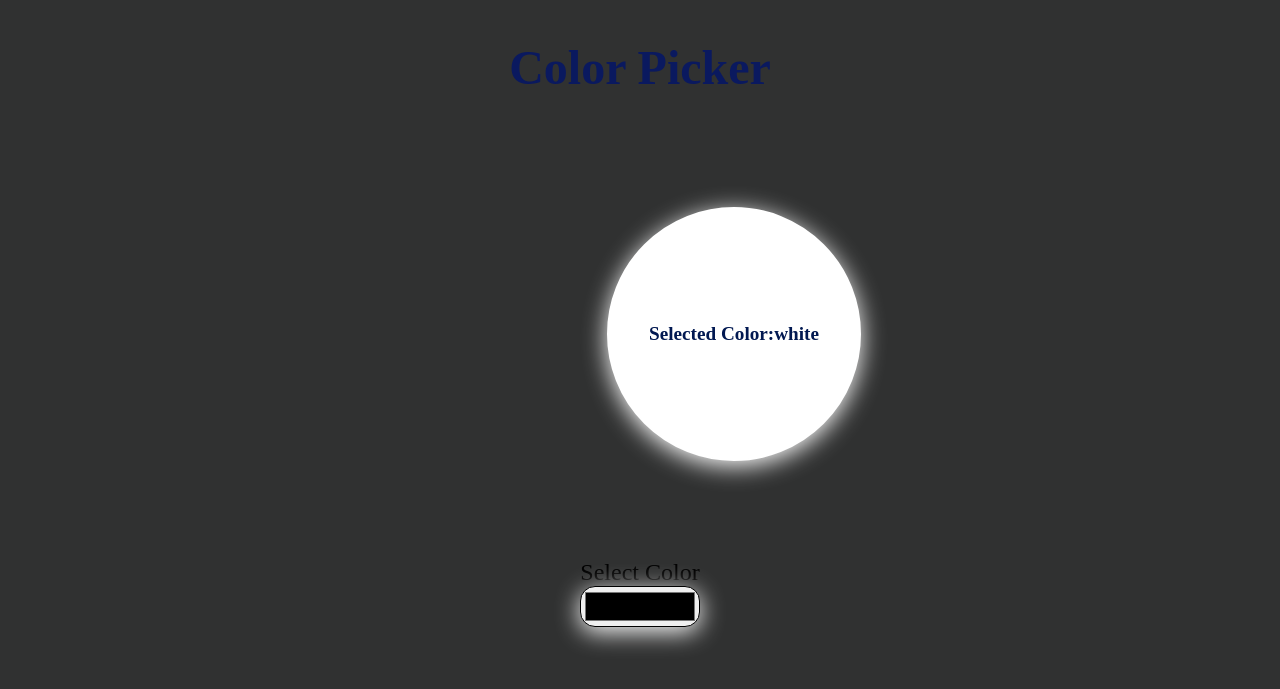
Repository: rkrukshan/Color-Picker--React-
Page: /
These files come from the project's save history. The page is drawn as it stood at one moment and after the next save; the edit follows.
The browser window is 1280 px wide. The pictures show the whole page.
The project was rebuilt for these pictures with package versions that can differ from the ones it lists, and the page was loaded fresh each time. Also part of the build but not shown: vite.config.js.

Above is the page before, as saved 2024-07-21 19:04:48.

### src/App.jsx
import ColorPicker from "./ColorPicker"

function App() {

  return (
    <>
    <ColorPicker/>
    </>
  )

}

export default App

### src/index.css
body{
  background-color:rgb(48, 49, 49);
}
.cp-container {
  text-align: center;
  display: grid;
  align-items:center;
  justify-content: center;
}
.heading {
  color: rgb(10, 25, 95);
  font-size: 3em;
}
.color-pad {
  margin-top: 5em;
  margin-left: 11.75em;
  margin-bottom: 5em;
  height: 250px;
  width: 250px;
  display: flex;
  justify-content: center;
  align-items: center;
  border:2px solid rgb(255, 255, 255);
  border-radius: 50%;
  box-shadow:0px 5px 25px rgb(255, 255, 255);
  transition: .25s;
}
.selectedlabel
{
  font-size: larger;
  font-weight: bolder;
  color:rgb(1, 24, 81);
}
.selectlabel{
font-size: 1.5em;
}
.colorpicker{
  width: 9em;
  height: 41px;
  border-radius:15px;
  box-shadow:0px 5px 25px rgb(255, 255, 255);
  transition: 11s;
}

### src/ColorPicker.jsx
import { useState } from "react";

function ColorPicker() {
  const [color, setColor] = useState("white");

  function updateColor(event) {
    setColor(event.target.value);
  }
  return (
    <div className="cp-container">
      <h1 className="heading">Color Picker</h1>
      <div className="color-pad" style={{ backgroundColor: color }}>
        <label htmlFor="cp" className="selectedlabel">
          Selected Color:{color}
        </label>
      </div>
      <br />
      <div className="btncp">
        <label htmlFor="scp" className="selectlabel">
          Select Color
        </label>
        <br />
        <input
          type="color"
          value={color}
          onChange={updateColor}
          className="colorpicker"
        />
      </div>
    </div>
  );
}
export default ColorPicker;

Loaded but not shown: index.html (common file); src/main.jsx (common file)

After the next save:
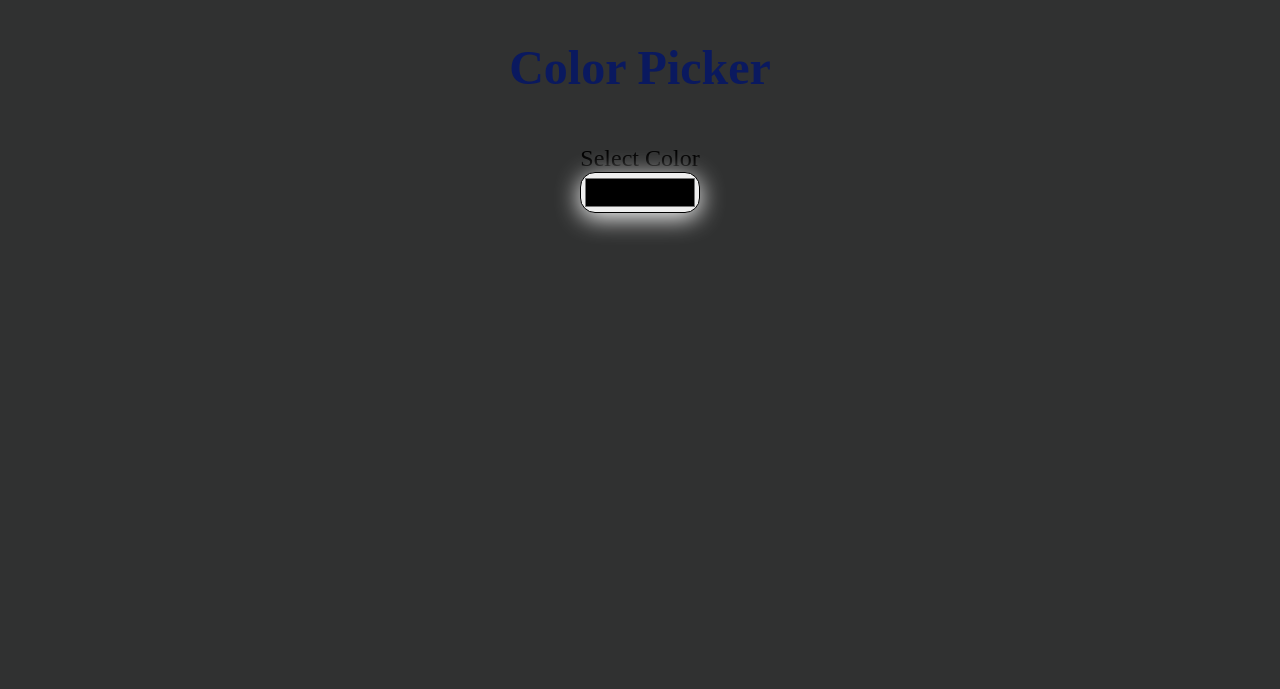
Saved 75 s later.
--- a/src/ColorPicker.jsx
+++ b/src/ColorPicker.jsx
@@ -9,11 +9,7 @@
   return (
     <div className="cp-container">
       <h1 className="heading">Color Picker</h1>
-      <div className="color-pad" style={{ backgroundColor: color }}>
-        <label htmlFor="cp" className="selectedlabel">
-          Selected Color:{color}
-        </label>
-      </div>
+
       <br />
       <div className="btncp">
         <label htmlFor="scp" className="selectlabel">

After the save that followed:
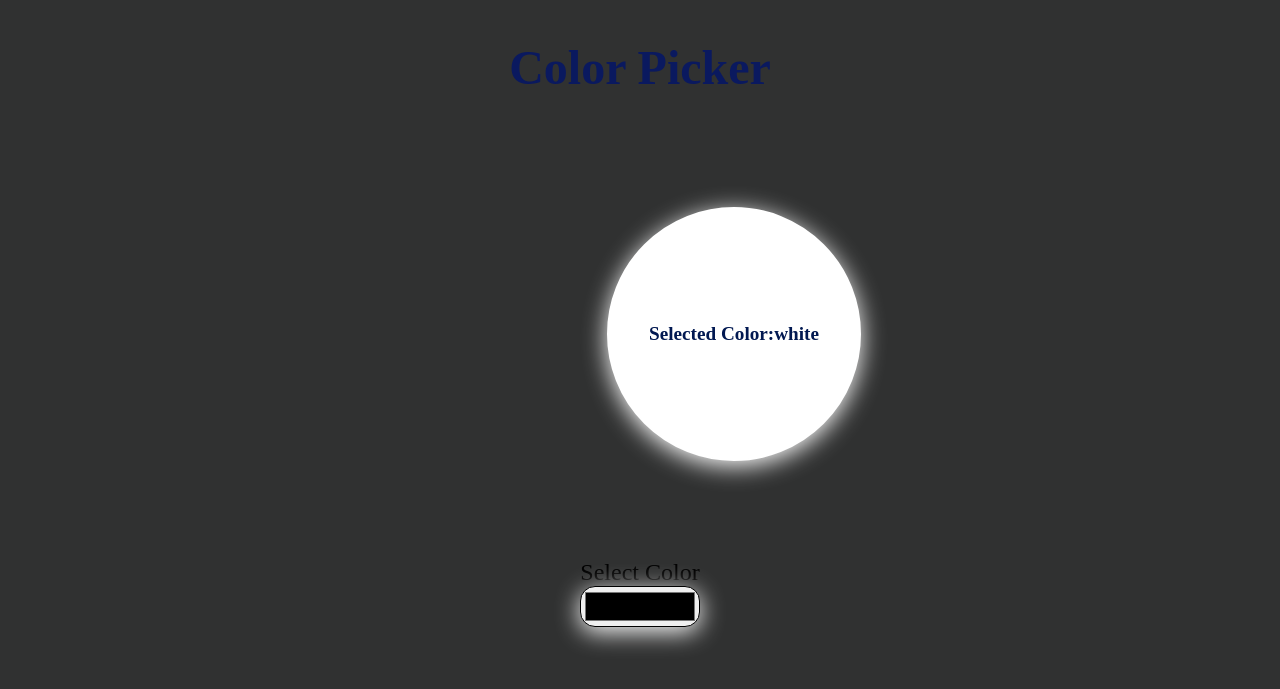
Saved 18 s later.
--- a/src/ColorPicker.jsx
+++ b/src/ColorPicker.jsx
@@ -9,7 +9,11 @@
   return (
     <div className="cp-container">
       <h1 className="heading">Color Picker</h1>
-
+      <div className="color-pad" style={{ backgroundColor: color }}>
+        <label htmlFor="cp" className="selectedlabel">
+          Selected Color:{color}
+        </label>
+      </div>
       <br />
       <div className="btncp">
         <label htmlFor="scp" className="selectlabel">
